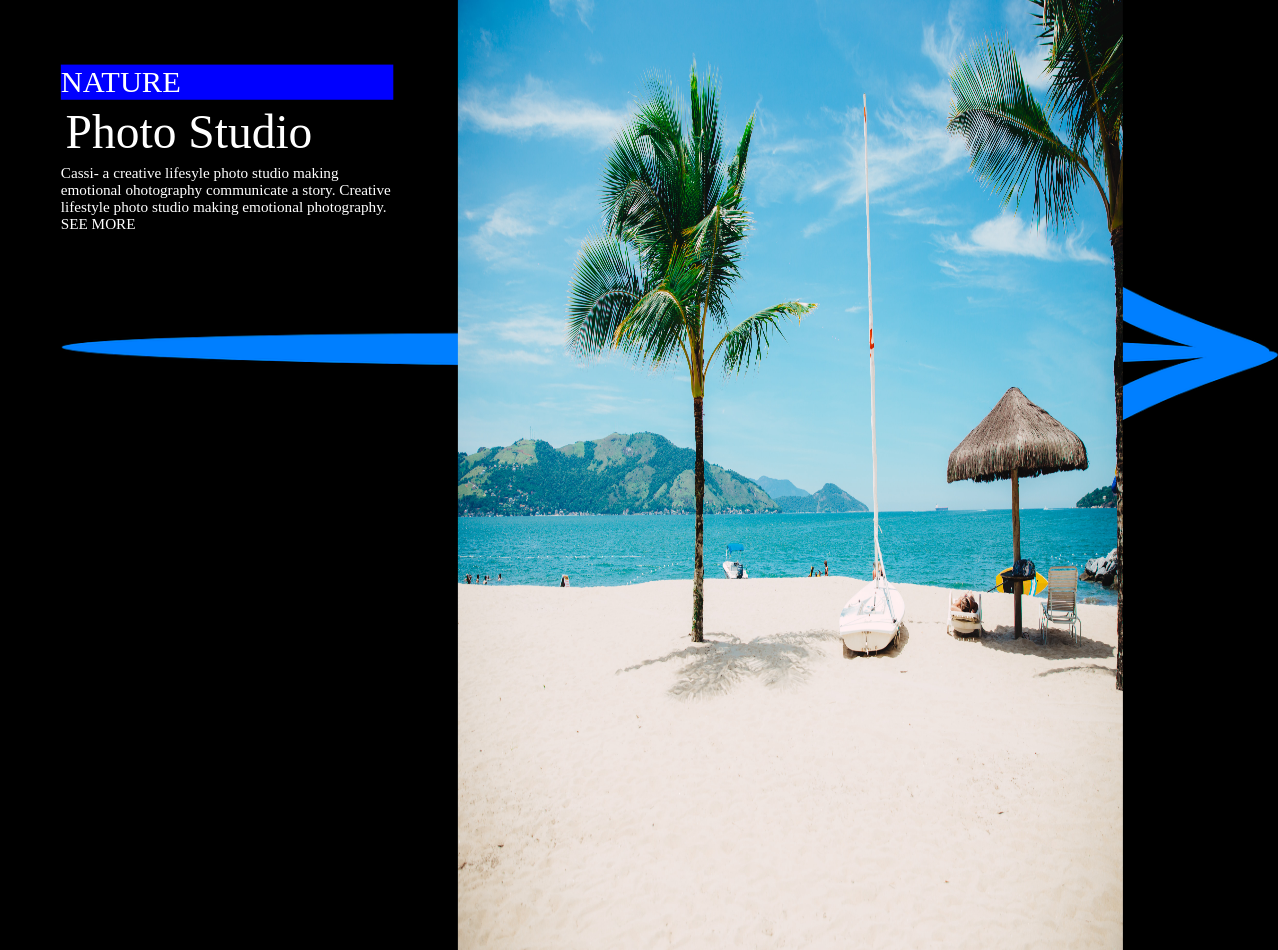
Repository: BRAspeaks/petty-project1
Page: petty project 1.html
These files come from the project's save history. The page is drawn as it stood at one moment and after the next save; the edit follows.
The browser window is 1280 px wide. The page is 1345 px wide, then 1280 px, so the pictures cover 1345 px, including what lies to the right of the window. The pictures show the whole page, at 95% of full size.

Above is the page before, as saved 2022-07-25 15:11:23.

### petty project 1.html
<!DOCTYPE html>
<html lang="en">
    <head>
        <meta charset="UTF-8">
        <meta http-equiv="X-UA-Compatible" content="IE=edge">
        <meta name="viewport" content="width=device-width, initial-scale=1.0">
        <title> Photo Studio</title>
        <link rel="stylesheet" href="pettyproject1.css">
    </head>
    <body>
        <div class="main">
            <p class="Nature"> NATURE</p>
            <p class="photo">Photo Studio</p>
            <p class="bodice">Cassi- a creative lifesyle photo studio making emotional ohotography communicate a story. Creative lifestyle photo studio making emotional photography.</p>
            <p class="more">SEE MORE </p>
            <img src="bluearrow.png" class="arrow">
        </div>
        <div class="image">
            <img src="beach.jpg" class="beach" >
        </div>
    </body>
</html>

### pettyproject1.css
* {
    margin: 0;
    padding: 0;
    box-sizing: border-box;
}
body{
    background-color: black;
    color: white;
}
.main{
    text-align: left;
    width: 350px;
    /* margin-top: 50%;
    margin-bottom: 50%; */
    margin-left: 5%;
    margin-right: 5%;
}
.Nature{
    background-color: blue;
    /* width:70px; */
    font-size: 2rem;
}
.photo{
    font-size: 50px;
    margin: 5px;
}
.arrow{
    /* height:20px; */
}
.more, .arrow {
    display: inline-block
}
.main, .image{
    display:inline-block;
}
.image{
    text-align: right;

}
.beach{
    width: 700px;
    height: 1000px;
    margin-bottom: -500px;
}

After the next save:
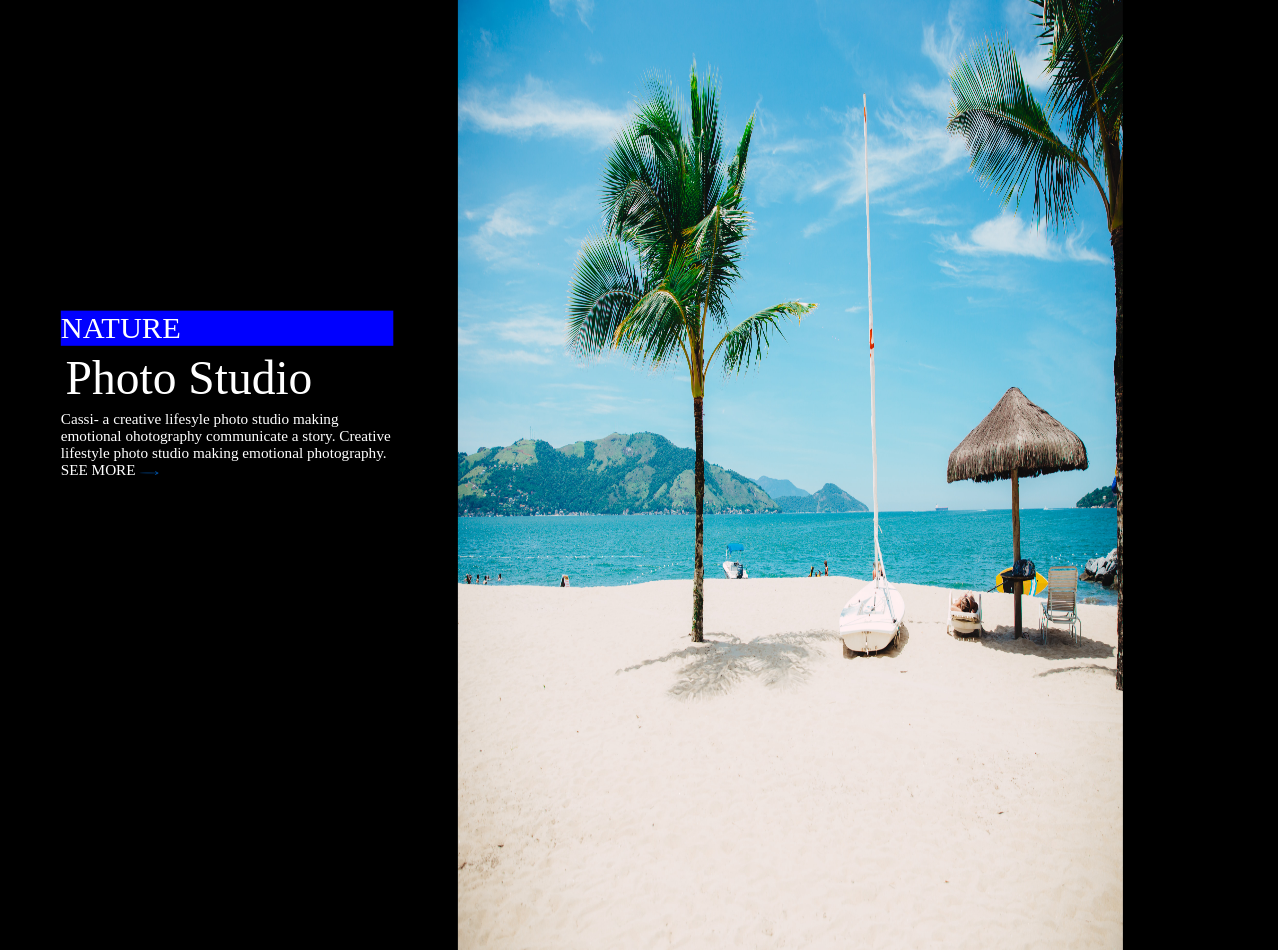
Saved 28 s later.
--- a/pettyproject1.css
+++ b/pettyproject1.css
@@ -25,7 +25,7 @@ body{
     margin: 5px;
 }
 .arrow{
-    /* height:20px; */
+    width:20px;
 }
 .more, .arrow {
     display: inline-block
